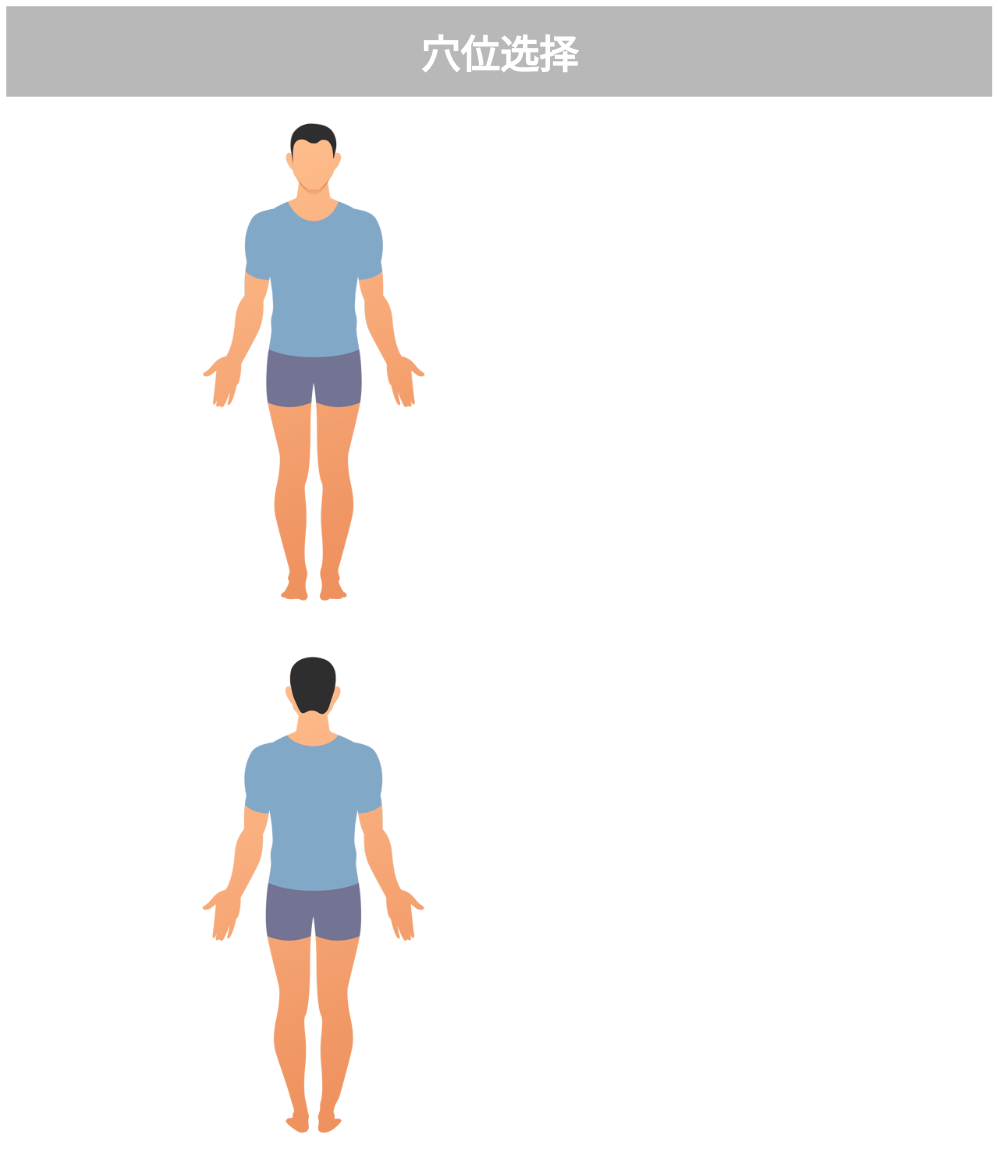
Repository: chjyume/zhongyi
Page: xuewei.html
The author's editor kept a copy of each file at every save. The page is drawn from the files as they stood at one save, then again after the next save.
The browser window is 1280 px wide. The pictures show the whole page, at 78% of full size.

Above is the page before, as saved 2023-09-12 18:56:26.

### xuewei.html
<!DOCTYPE html>
<html>

<head>
  <meta charset="utf-8" />
  <title>穴位</title>
  <link rel="stylesheet" type="text/css" href="css/xuewei.css">
</head>

<body>
  <header class="top-bar">
    <h1>穴位选择</h1>
  </header>
  <div class="container">
    <img src="img/xuewei/man1.png" alt="正面">
    <img src="img/xuewei/man2.png" alt="反面">
  </div>
</body>

</html>

### css/xuewei.css
.top-bar {
background-color: #33333358;
color: #fff;
padding: 3vh;
text-align: center;
top: 0;
left: 0;
width: 100%;
box-sizing: border-box;
}

.top-bar h1 {
font-size: 7vh;
margin: 0;
}
img{
    margin-left:20vh ;
}

After the next save:
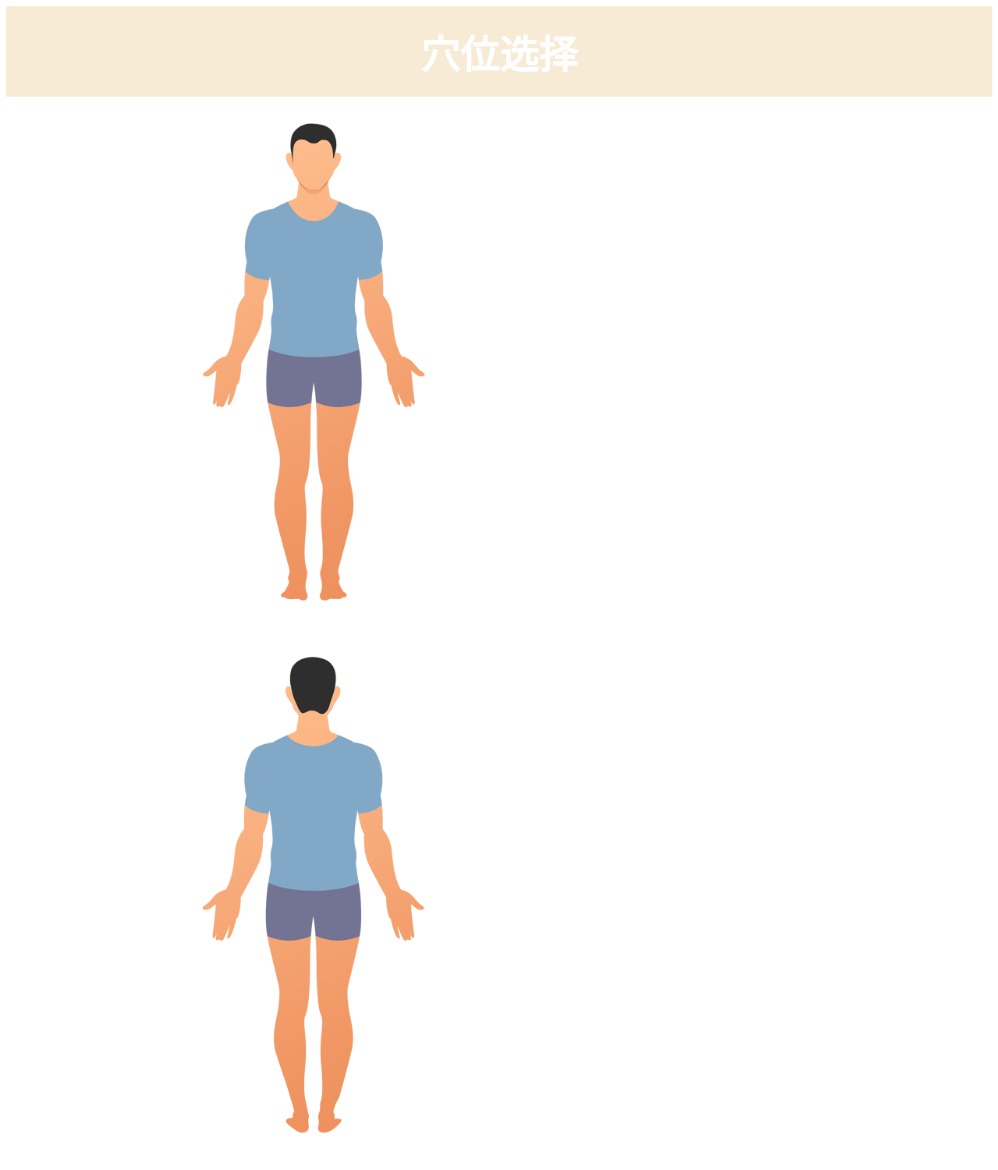
Saved 36 s later.
--- a/css/xuewei.css
+++ b/css/xuewei.css
@@ -7,6 +7,7 @@
 left: 0;
 width: 100%;
 box-sizing: border-box;
+background-color: rgb(248, 235, 213);
 }
 
 .top-bar h1 {

After the save that followed:
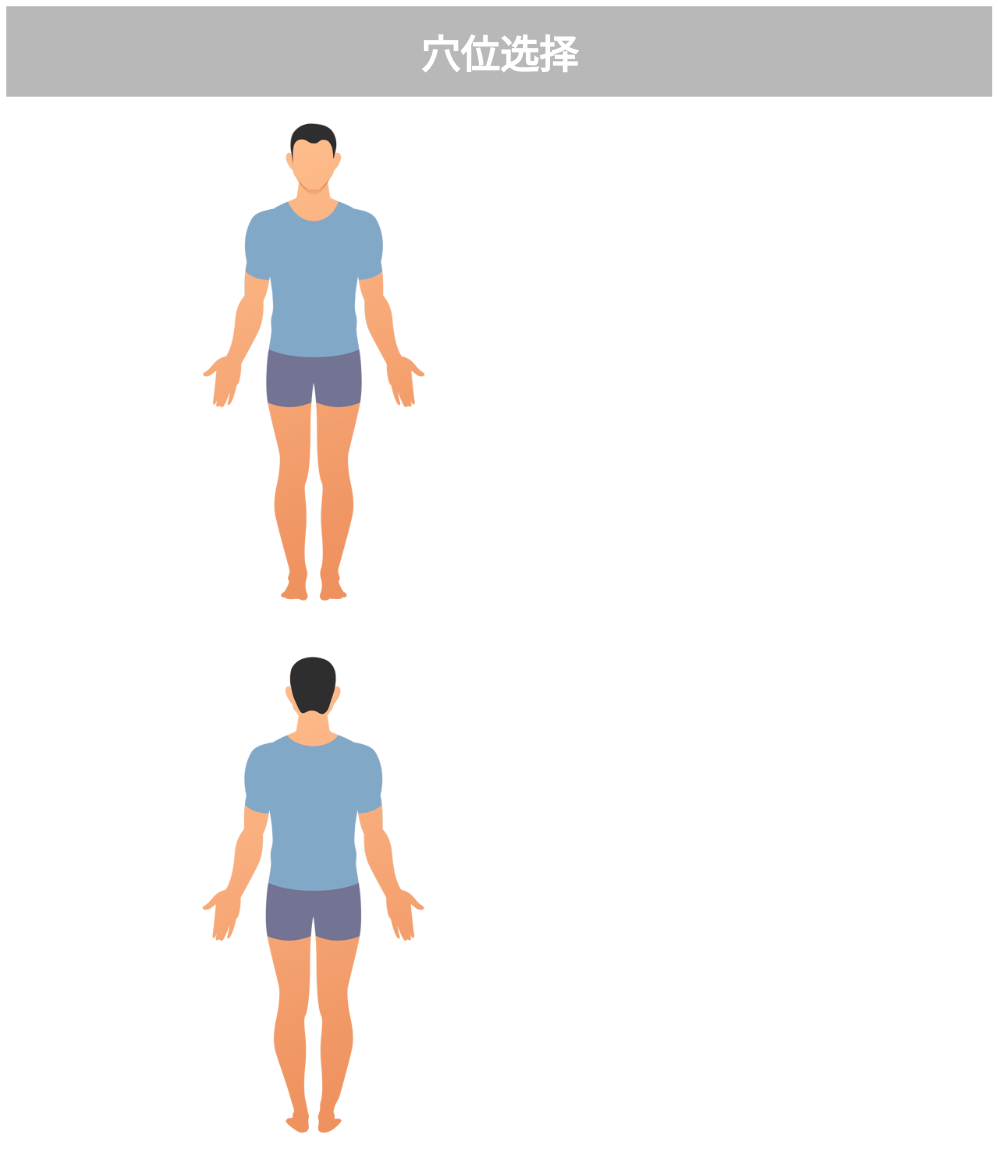
Saved 14 s later.
--- a/css/xuewei.css
+++ b/css/xuewei.css
@@ -7,7 +7,7 @@
 left: 0;
 width: 100%;
 box-sizing: border-box;
-background-color: rgb(248, 235, 213);
+
 }
 
 .top-bar h1 {
